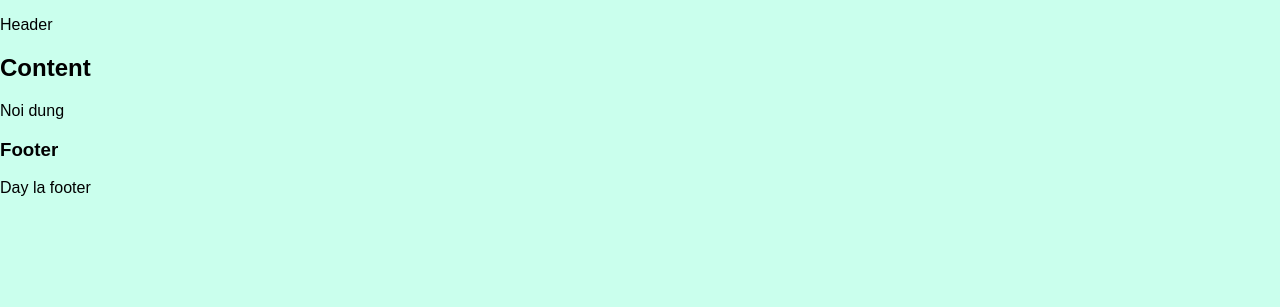
Repository: Thonghehe/Lab2_Web106
Page: Buoi2/l22.html
An editor plug-in stored every save of this project. The page is shown before and after the next save, followed by the edit.
The browser window is 1280 px wide. The pictures show the whole page.

Above is the page before, as saved 2024-03-09 18:04:14.

After the next save:
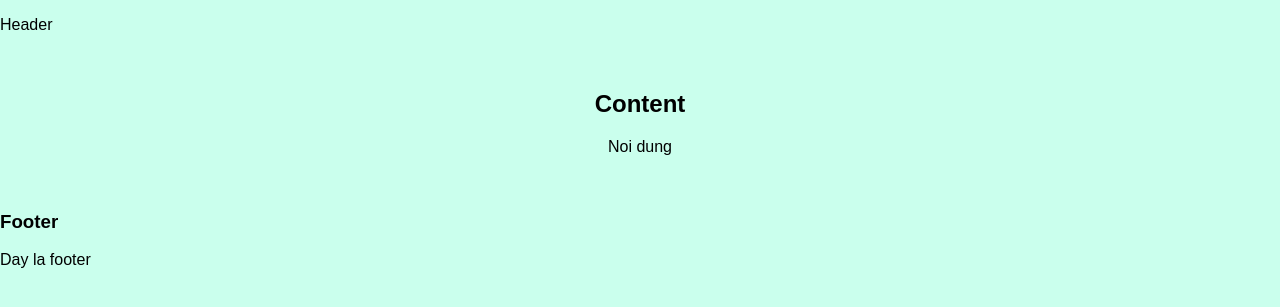
Saved 37 s later.
--- a/Buoi2/l22.html
+++ b/Buoi2/l22.html
@@ -23,6 +23,12 @@
             padding: 20px;
             text-align: center;
         }
+
+        .content {
+            padding: 20px;
+            text-align: center;
+            flex-grow: 1;
+        }
     </style>
 </head>
 
